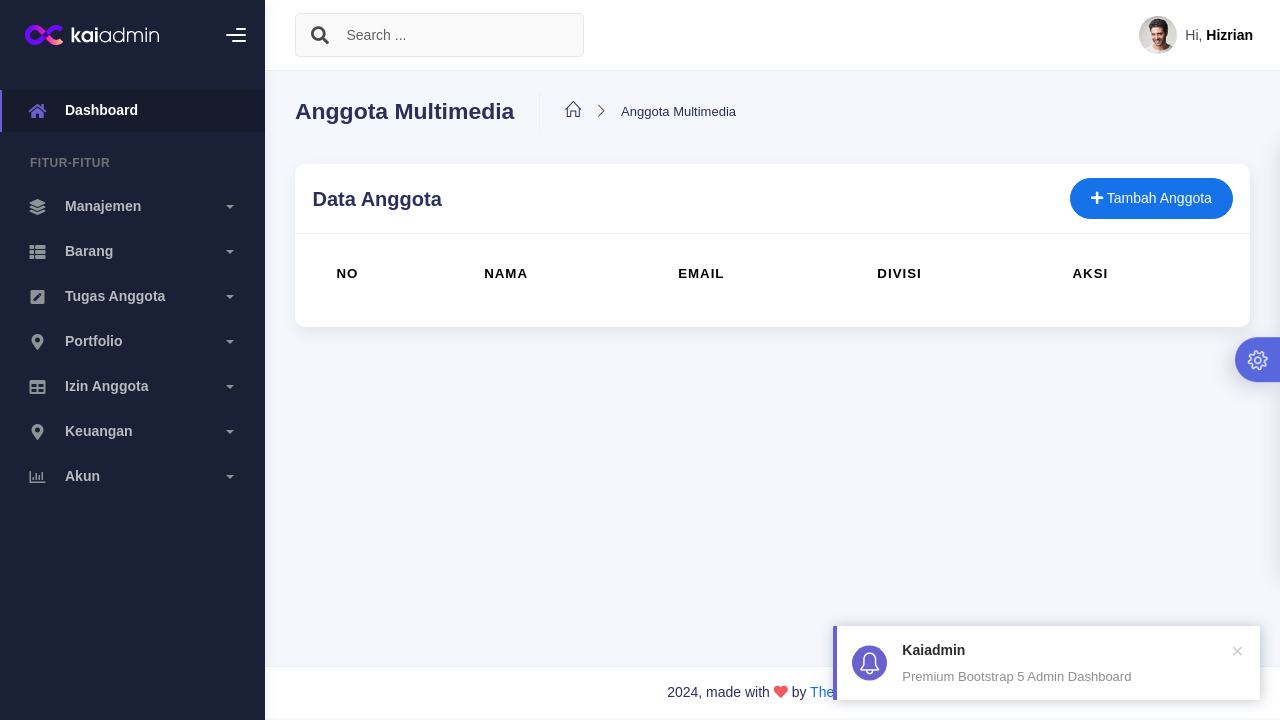
Repository: fatkquladhim/multimedia_laravel
Page: http://localhost/anggota
An editor plug-in stored every save of this project. The page is shown before and after the next save, followed by the edit.
The browser window is 1280 px wide. The pictures show the whole page.
Some web fonts or font styles are not loaded; a fallback is used. The page is served by the project's Laravel application, run on PHP 8.4 with Laravel 12. A made-up administrator, Test User (test@example.com), is signed in. Queries for data that is not in the repository find no rows.

Above is the page before, as saved 2025-08-17 08:42:27.
Console error: ReferenceError: jsVectorMap is not defined

After the next save:
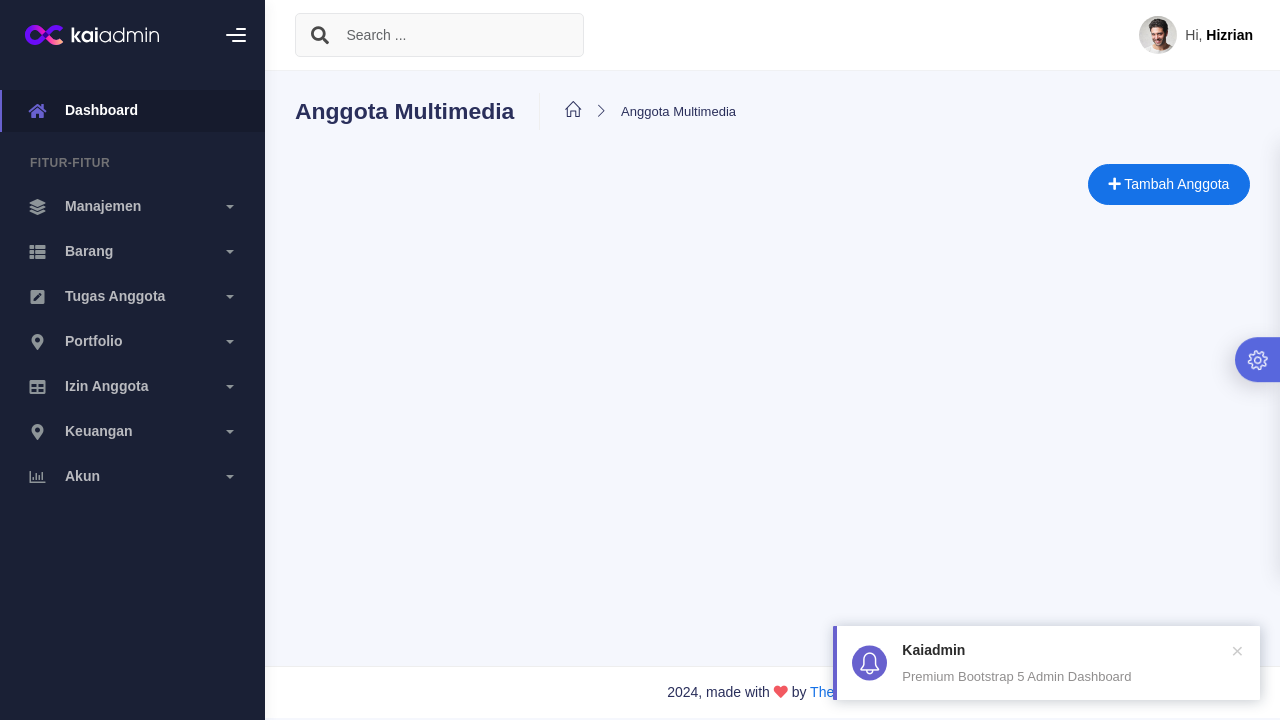
Saved 2 min 0 s later.
--- a/resources/views/anggota/index.blade.php
+++ b/resources/views/anggota/index.blade.php
@@ -18,51 +18,40 @@
             </ul>
         </div>
         <div class="row">
-            <div class="col-md-12">
-                <div class="card">
-                    <div class="card-header">
-                        <div class="d-flex align-items-center">
-                            <h4 class="card-title">Data Anggota</h4>
-                            <a href="{{ route('anggota.create') }}" class="btn btn-primary btn-round ms-auto">
-                                <i class="fa fa-plus"></i> Tambah Anggota
-                            </a>
+            <div class="col-12 mb-3">
+                <a href="{{ route('anggota.create') }}" class="btn btn-primary btn-round float-end">
+                    <i class="fa fa-plus"></i> Tambah Anggota
+                </a>
+            </div>
+            @php
+                $grouped = $anggota->groupBy('divisi');
+            @endphp
+            @foreach($grouped as $divisi => $list)
+                <div class="col-12">
+                    <h4 class="fw-bold mt-4 mb-3">Divisi: {{ $divisi ?: 'Tanpa Divisi' }}</h4>
+                </div>
+                @foreach($list->chunk(2) as $row)
+                    <div class="row mb-3">
+                        @foreach($row as $item)
+                        <div class="col-md-6">
+                            <div class="card">
+                                <div class="card-body">
+                                    <h5 class="card-title mb-1">{{ $item->nama }}</h5>
+                                    <p class="mb-1"><b>Email:</b> {{ $item->email }}</p>
+                                    <p class="mb-2"><b>Divisi:</b> {{ $item->divisi }}</p>
+                                    <a href="{{ route('anggota.edit', $item->id) }}" class="btn btn-warning btn-sm">Edit</a>
+                                    <form action="{{ route('anggota.destroy', $item->id) }}" method="POST" style="display:inline-block;">
+                                        @csrf
+                                        @method('DELETE')
+                                        <button type="submit" class="btn btn-danger btn-sm" onclick="return confirm('Yakin hapus?')">Hapus</button>
+                                    </form>
+                                </div>
+                            </div>
                         </div>
+                        @endforeach
                     </div>
-                    <div class="card-body">
-                        <div class="table-responsive">
-                            <table class="display table table-striped table-hover">
-                                <thead>
-                                    <tr>
-                                        <th>No</th>
-                                        <th>Nama</th>
-                                        <th>Email</th>
-                                        <th>Divisi</th>
-                                        <th style="width: 20%">Aksi</th>
-                                    </tr>
-                                </thead>
-                                <tbody>
-                                    @foreach($anggota as $index => $item)
-                                    <tr>
-                                        <td>{{ $index + 1 }}</td>
-                                        <td>{{ $item->nama }}</td>
-                                        <td>{{ $item->email }}</td>
-                                        <td>{{ $item->divisi }}</td>
-                                        <td>
-                                            <a href="{{ route('anggota.edit', $item->id) }}" class="btn btn-warning btn-sm">Edit</a>
-                                            <form action="{{ route('anggota.destroy', $item->id) }}" method="POST" style="display:inline-block;">
-                                                @csrf
-                                                @method('DELETE')
-                                                <button type="submit" class="btn btn-danger btn-sm" onclick="return confirm('Yakin hapus?')">Hapus</button>
-                                            </form>
-                                        </td>
-                                    </tr>
-                                    @endforeach
-                                </tbody>
-                            </table>
-                        </div>
-                    </div>
-                </div>
-            </div>
+                @endforeach
+            @endforeach
         </div>
     </div>
 @endsection
